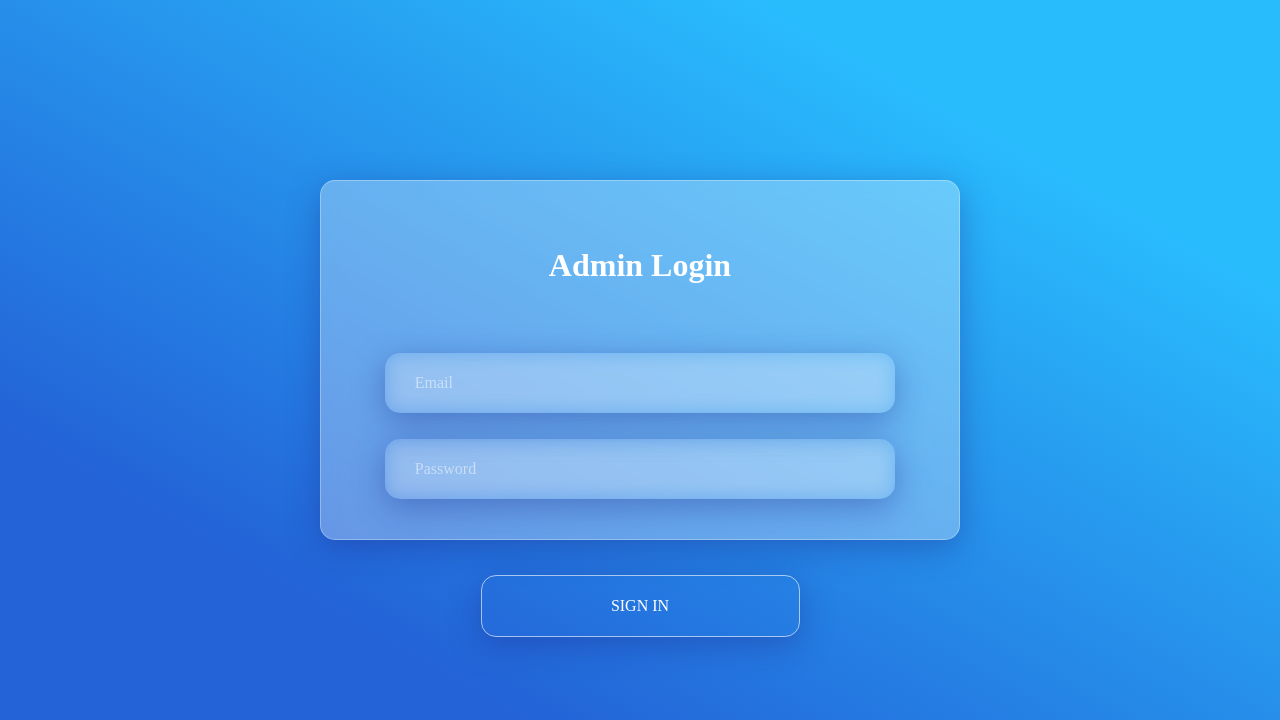
Repository: LEEYONGJUN3068/cms
Page: /login
An editor plug-in stored every save of this project. The page is shown before and after the next save, followed by the edit.
The browser window is 1280 px wide. The pictures show the whole page.
The page's requests for data from a server got no answer. The project was rebuilt for these pictures with package versions that can differ from the ones it lists, and the page was loaded fresh each time. The framework's server and built-in components were replaced by stand-ins that run in the browser. No one was signed in, and anything a server would have sent is missing. Also part of the build but not shown: next.config.mjs.

Above is the page before, as saved 2025-09-23 14:49:10.

### src/app/layout.js
import { Geist, Geist_Mono } from "next/font/google";
import "./globals.css";
import AppLoader from "@/components/AppLoader";
import "../styles/globals.scss";

const geistSans = Geist({
  variable: "--font-geist-sans",
  subsets: ["latin"],
});

const geistMono = Geist_Mono({
  variable: "--font-geist-mono",
  subsets: ["latin"],
});

export const metadata = {
  title: "Create Next App",
  description: "Generated by create next app",
  stylesheets: [
    {
      rel: 'stylesheet',
      as: 'style',
      crossOrigin: 'anonymous',
      href: 'https://cdn.jsdelivr.net/gh/orioncactus/pretendard@v1.3.9/dist/web/static/pretendard.min.css',
    },
  ],
};

export default function RootLayout({ children }) {
  return (
    <html lang="ko">
      <body
        className={`${geistSans.variable} ${geistMono.variable} antialiased`}
      >
        <AppLoader>{children}</AppLoader>
      </body>
    </html>
  );
}

### src/app/login/page.jsx
'use client'
import { useState } from 'react'
import { supabase } from '@/lib/supabaseClient'
import { useRouter } from 'next/navigation'
import styles from './login.module.scss'

export default function Login() {
  const [email,setEmail] = useState('')
  const [password,setPassword] = useState('')
  const router = useRouter()

  const handleLogin = async (e) => {
    e.preventDefault()
    const { data, error } = await supabase.auth.signInWithPassword({ email, password })
    if (error) alert(error.message)
    else router.push('/dashboard')
  }

  return (
    <div className={styles.loginContainer}>
      <div className={styles.form}>
        <h2>Admin Login</h2>
        <form onSubmit={handleLogin}>
          <input
            type="email"
            placeholder="Email"
            value={email}
            onChange={(e)=>setEmail(e.target.value)}
            required
            name='id'
          />
          <input
            type="password"
            placeholder="Password"
            value={password}
            onChange={(e)=>setPassword(e.target.value)}
            required
            name='pw'
          />
          <button type="submit" className={styles.loginBtn}>SIGN IN</button>
        </form>
      </div>
    </div>
  )
}

### src/app/globals.css
@import "tailwindcss";

:root {
  --background: #ffffff;
  --foreground: #171717;
}

@theme inline {
  --color-background: var(--background);
  --color-foreground: var(--foreground);
  --font-sans: var(--font-geist-sans);
  --font-mono: var(--font-geist-mono);
}

@media (prefers-color-scheme: dark) {
  :root {
    --background: #0a0a0a;
    --foreground: #ededed;
  }
}

body {
  background: var(--background);
  color: var(--foreground);
  font-family: 'Pretendard';
}

### src/components/AppLoader.jsx
"use client";

import { useState, useEffect } from "react";
import dynamic from 'next/dynamic'; // dynamic import 추가

// LoadingScreen 컴포넌트를 dynamic으로 불러오고, ssr을 false로 설정합니다.
// 이렇게 하면 이 컴포넌트는 오직 브라우저에서만 렌더링됩니다.
const LoadingScreen = dynamic(() => import('./LoadingScreen'), { ssr: false });

const AppLoader = ({ children }) => {
  const [loading, setLoading] = useState(true);

  useEffect(() => {
    const isFirstVisit = sessionStorage.getItem("isFirstVisit");

    if (isFirstVisit) {
      setLoading(false);
    } else {
      sessionStorage.setItem("isFirstVisit", "false");
      setTimeout(() => {
        setLoading(false);
      }, 3000);
    }
  }, []);

  return loading ? <LoadingScreen /> : <>{children}</>;
};

export default AppLoader;

### src/styles/globals.scss
button{
    &:hover{
        cursor: pointer;
    }
}

### src/app/login/login.module.scss
.loginContainer{
    background: linear-gradient(to bottom left, #29bcfd 20%, #2362d7 80%);
    width: 100%;
    height: 100vh;

    .form{
        position: absolute;
        left: 50%;
        top: 50%;
        transform: translate(-50%, -50%);
        width: 50%;
        max-width: 960px;
        height: 50vh;
        max-height: 600px;
        background: rgba(255, 255, 255, 0.3);
        backdrop-filter: blur(10px);
        -webkit-backdrop-filter: blur(10px); /* Safari 브라우저 지원 */
        border: 1px solid rgba(255, 255, 255, 0.3);
        box-shadow: 0 8px 32px 0 rgba(31, 38, 135, 0.37);
        border-radius: 15px;
        padding: clamp(0px, 5vw, 60px) 0;
        color: white;

        h2{
            text-align: center;
            font-weight: bold;
            font-size: clamp(0px, 4vw, 32px);
            margin-bottom: 5vw;
        }

        input{
            width: 80%;
            height: 5vh;
            backdrop-filter: blur(10px);
            -webkit-backdrop-filter: blur(10px); /* Safari 브라우저 지원 */
            box-shadow: 0 8px 32px 0 rgba(31, 38, 135, 0.37);
            border-radius: 15px;
            padding: 30px;
            color: white;
            margin-bottom: 2vw;

            &:focus{
                outline: none;
            }
        }

        form{
            display: flex;
            flex-direction: column;
            justify-content: center;
            align-items: center;
        }

        .loginBtn{
            display: flex;
            align-items: center;
            justify-content: center;
            width: 50%;
            height: 5vh;
            backdrop-filter: blur(10px);
            -webkit-backdrop-filter: blur(10px); /* Safari 브라우저 지원 */
            border: 1px solid rgba(255, 255, 255, 0.6);
            box-shadow: 0 8px 32px 0 rgba(31, 38, 135, 0.37);
            border-radius: 15px;
            padding: 30px;
            font-weight: 500;
            color: white;
            margin-top: 4vw;

            &:hover{
                background-color: #fff;
                color: #2362d7;
                transition: all 0.5s;
            }
        }
    }
}

### src/components/LoadingScreen.jsx
"use client";

// lottie-react에서 Player를 가져옵니다.
import { Player } from "@lottiefiles/react-lottie-player";

const LoadingScreen = () => {
  return (
    <div style={{
      position: 'fixed',
      top: 0,
      left: 0,
      width: '100%',
      height: '100%',
      backgroundColor: '#000',
      display: 'flex',
      flexDirection: 'column',
      justifyContent: 'center',
      alignItems: 'center',
      zIndex: 9999,
    }}>
        <p style={{
            fontSize: 'clamp(0px, 5vw, 32px)',
            fontWeight: 'bold',
        }}>
          포트폴리오 화면을 구성중입니다
        </p>
        <Player
          autoplay
          loop
          src="https://lottie.host/dfe9ce55-f0b7-4bb0-bcd2-241897b61dec/JhkEyDhSuU.json"
          style={{ width: 'clamp(0px, 50vw, 300px)', height: 'auto' }}
        />
    </div>
  );
};

export default LoadingScreen;

Loaded but not shown: src/lib/supabaseClient.js (common file)

After the next save:
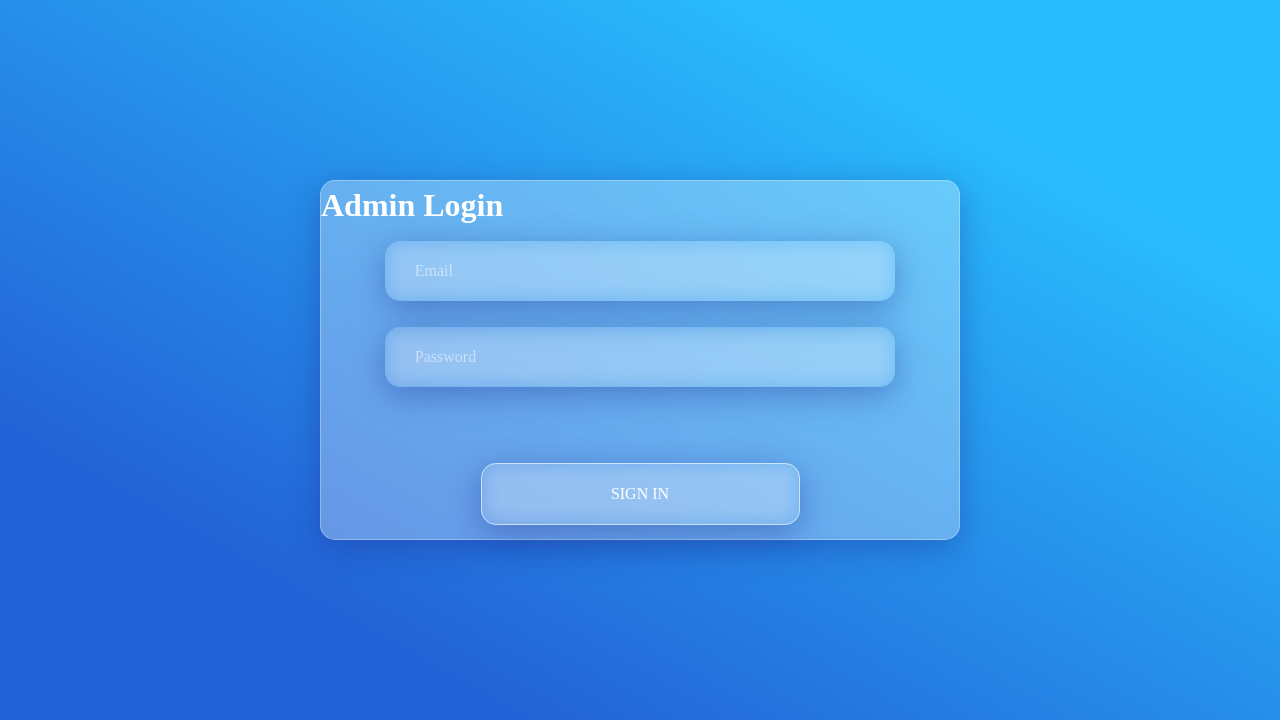
Saved 9 min 12 s later.
--- a/src/app/login/login.module.scss
+++ b/src/app/login/login.module.scss
@@ -22,6 +22,8 @@
         color: white;
 
         h2{
+            position: absolute;
+            top: 0;
             text-align: center;
             font-weight: bold;
             font-size: clamp(0px, 4vw, 32px);

After the save that followed:
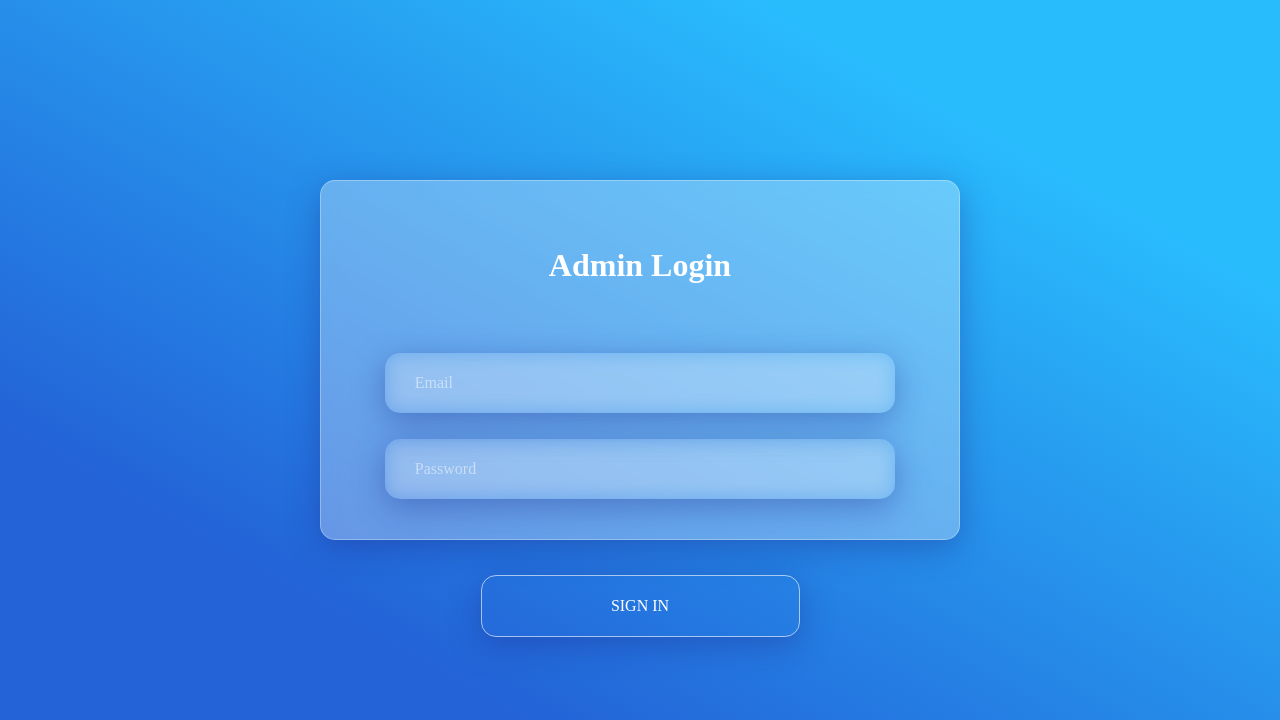
Saved 8 s later.
--- a/src/app/login/login.module.scss
+++ b/src/app/login/login.module.scss
@@ -22,7 +22,7 @@
         color: white;
 
         h2{
-            position: absolute;
+            position: relative;
             top: 0;
             text-align: center;
             font-weight: bold;
